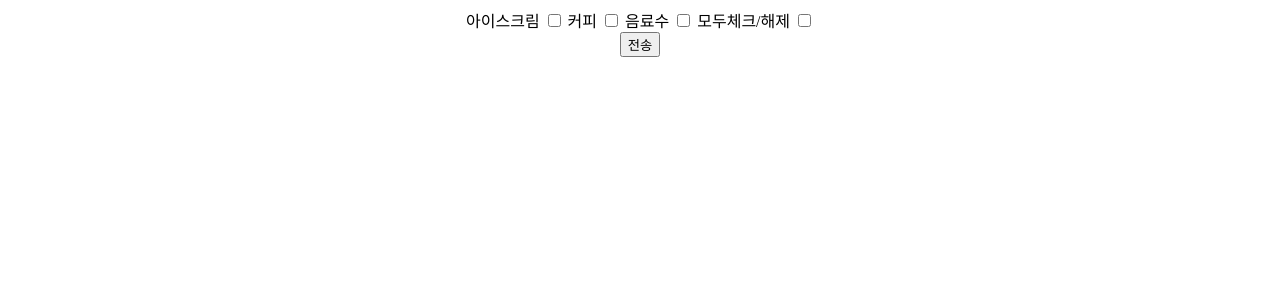
Repository: snowcuphea/webwork_class
Page: clientweb/WebContent/js_bom/js_check_test.html
These files come from the project's save history. The page is drawn as it stood at one moment and after the next save; the edit follows.
The browser window is 1280 px wide. The pictures show the whole page.

Above is the page before, as saved 2020-01-08 06:36:34.

After the next save:
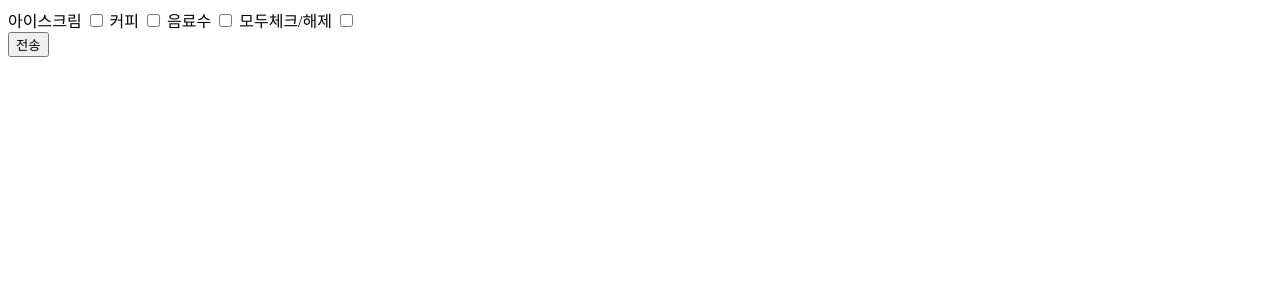
Saved 7 min 16 s later.
--- a/clientweb/WebContent/js_bom/js_check_test.html
+++ b/clientweb/WebContent/js_bom/js_check_test.html
@@ -8,7 +8,7 @@
 </head>
 
 <body>
-	<center>
+
 		<form name="cbfmt">
 			<label>아이스크림</label>
 			<input type="checkbox" name="food"
@@ -24,6 +24,6 @@
 			<input type="button" value="전송" onclick="ckFunc()">
 		</form>
 		<div id="result"></div>
-	</center>
+
 </body>
 </html>
